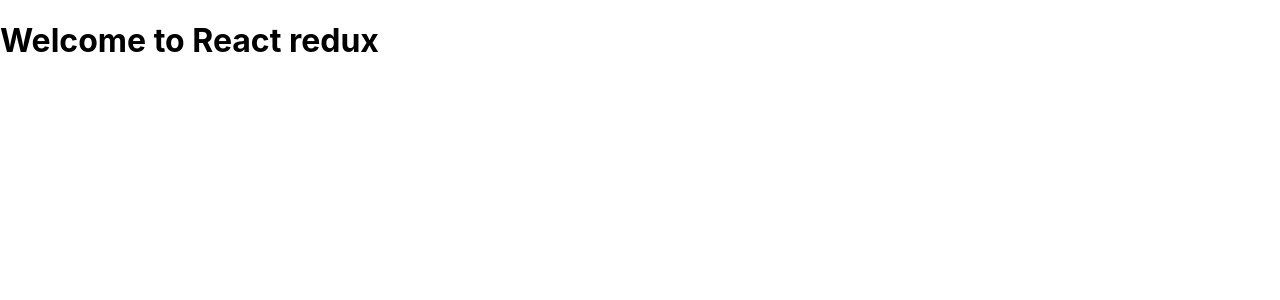
Repository: Gulzarokz/React_Course_Review
Page: / (app in reduxapp/)
An editor plug-in stored every save of this project. The page is shown before and after the next save, followed by the edit.
The browser window is 1280 px wide. The pictures show the whole page.
The project was rebuilt for these pictures with package versions that can differ from the ones it lists, and the page was loaded fresh each time. Also part of the build but not shown: reduxapp/src/App.css.

Above is the page before, as saved 2026-05-13 14:22:50.

### reduxapp/src/App.js
import React from 'react'
import './App.css'
const App = () => {
  return (
    <>
      <h1>Welcome to React redux</h1>
      <a className="plus" title='increment' ></a>

    </>
  )
}

export default App

Loaded but not shown: reduxapp/public/index.html (common file); reduxapp/src/index.js (common file); reduxapp/src/index.css (common file); reduxapp/src/reportWebVitals.js (common file)

After the next save:
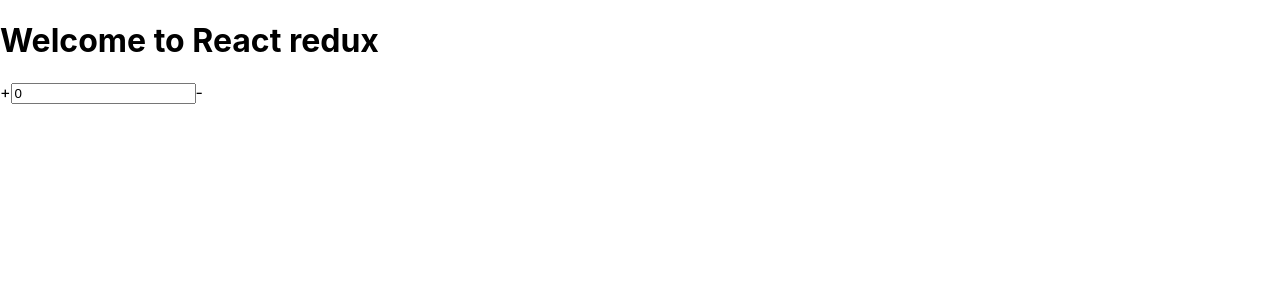
Saved 57 s later.
--- a/reduxapp/src/App.js
+++ b/reduxapp/src/App.js
@@ -4,7 +4,9 @@
   return (
     <>
       <h1>Welcome to React redux</h1>
-      <a className="plus" title='increment' ></a>
+      <a className="plus" title='increment' ><span>+</span></a>
+      <input type="text" value={0} readOnly />
+      <a className="minus" title='decrement' ><span>-</span></a>
 
     </>
   )
